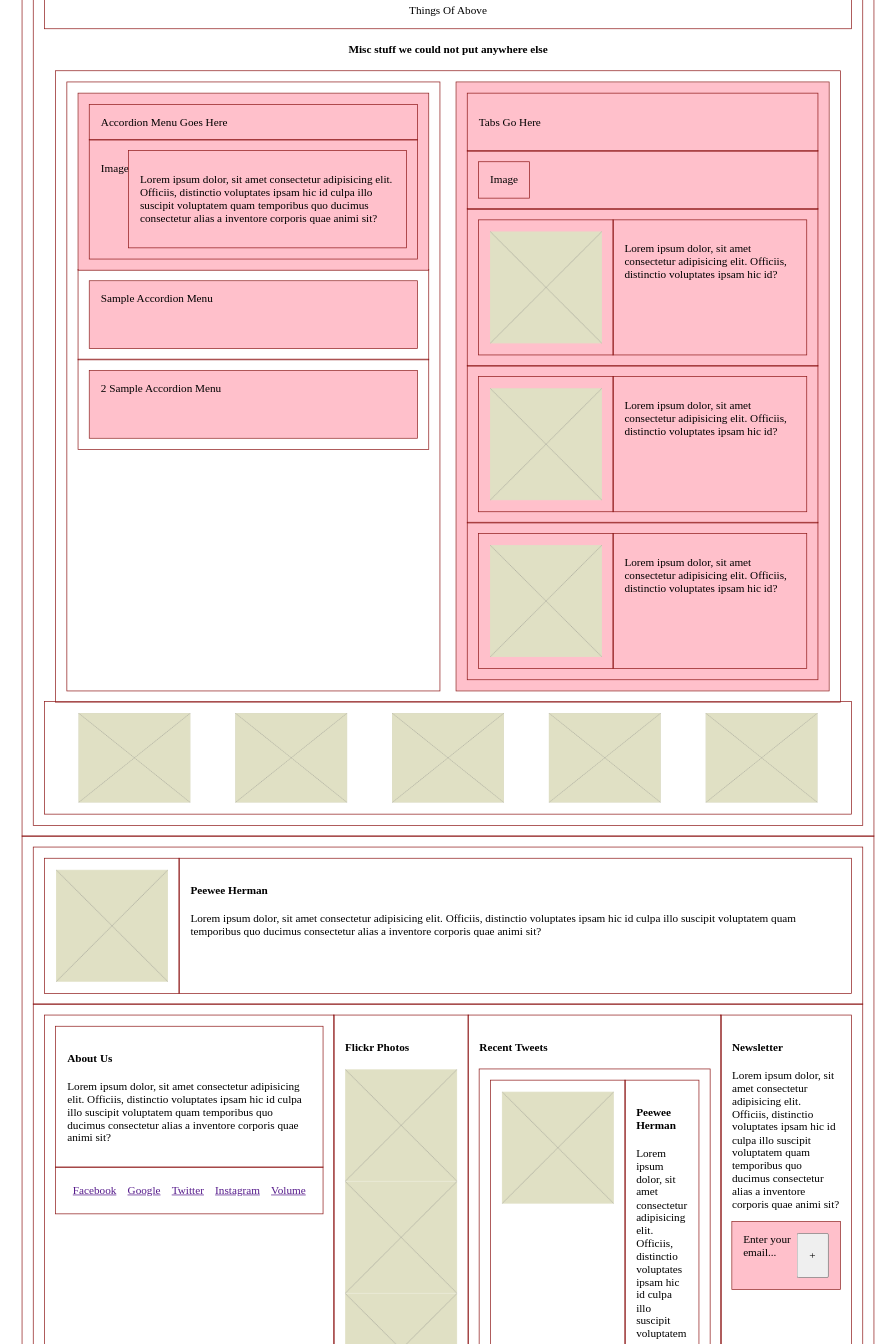
Repository: kionale/Project1_Lab3_ResponsiveLayout
Page: index.html
The author's editor kept a copy of each file at every save. The page is drawn from the files as they stood at one save, then again after a run of saves.
The browser window is 1280 px wide. The pictures show the part of the page from y = 3801 to 5721 px (the page is 6647 px tall before and 6702 px after), at 70% of full size.

Above is the page before, as saved 2023-01-31 17:11:30.

After the next 4 saves:
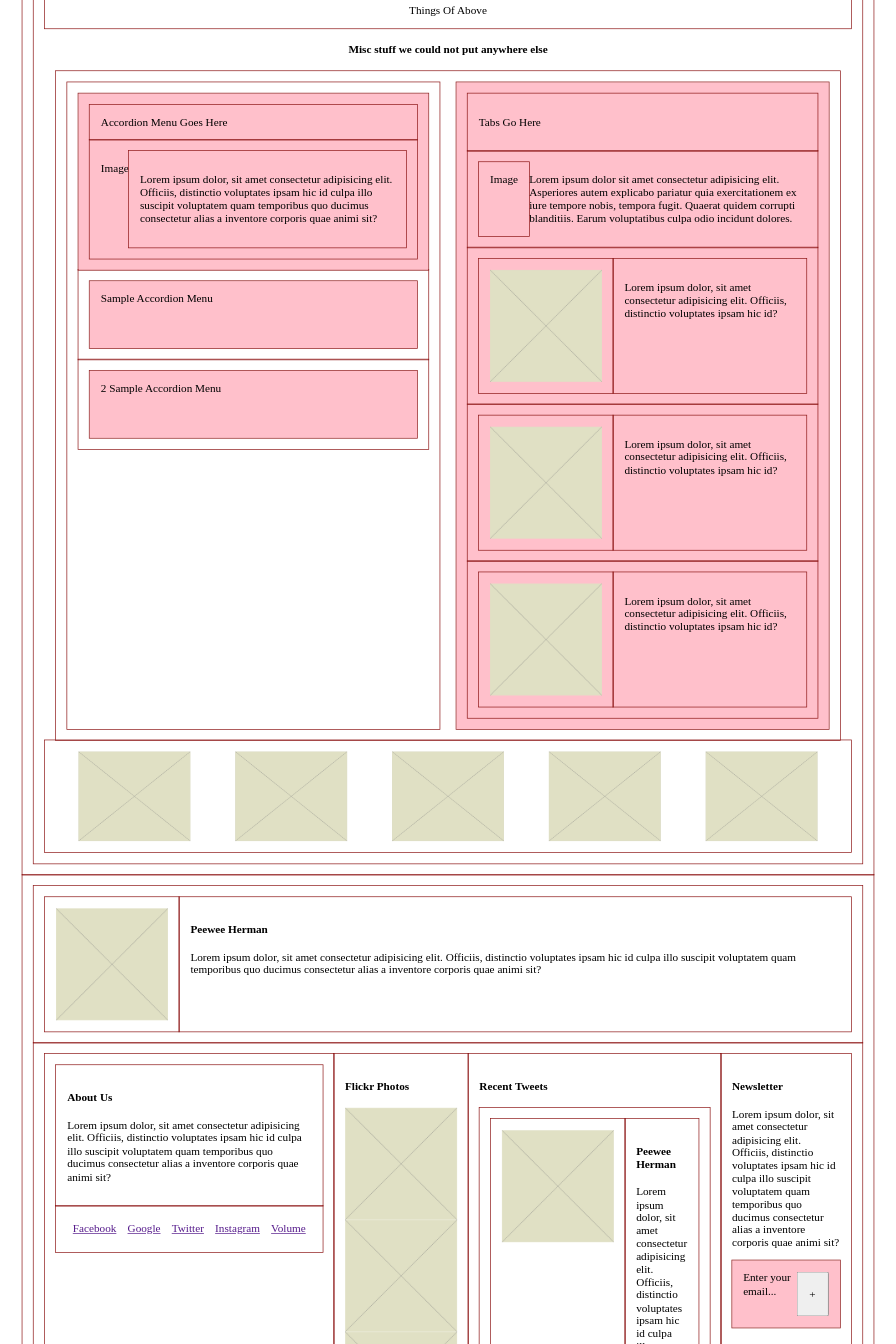
The 4 saves are shown as one change because they came seconds apart.
The last was saved 9 s later.
--- a/index.html
+++ b/index.html
@@ -230,6 +230,7 @@
             <div>
         Image
             </div>
+            <p>Lorem ipsum dolor sit amet consectetur adipisicing elit. Asperiores autem explicabo pariatur quia exercitationem ex iure tempore nobis, tempora fugit. Quaerat quidem corrupti blanditiis. Earum voluptatibus culpa odio incidunt dolores.</p>
           </div>
           <div class="tab__information">
             <div>
